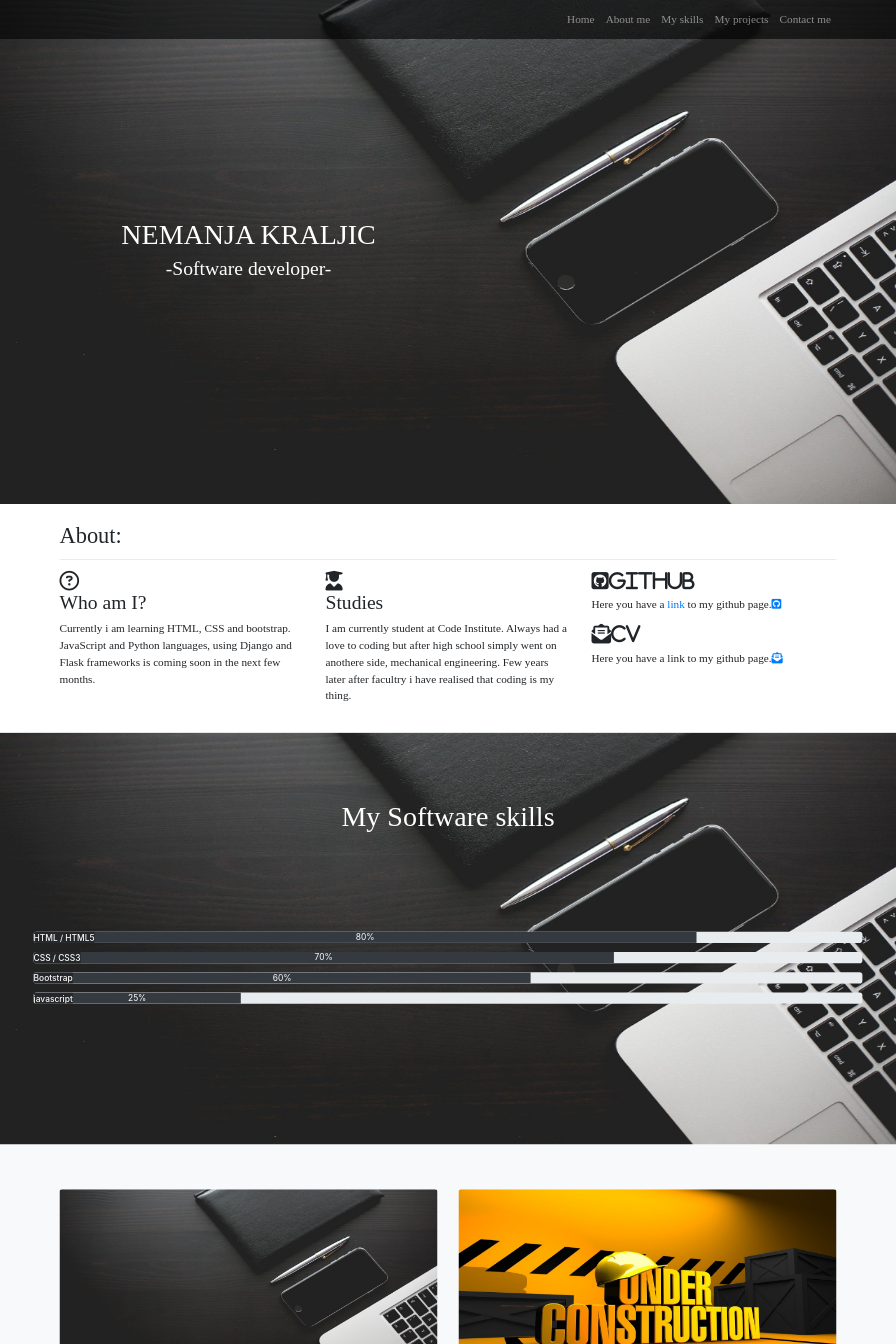
Repository: Kraljiccar/User-Centric-Frontend-Development-Milestone-Project
Page: index.html
The author's editor kept a record of every edit. The page is drawn from the files as they stood at one moment, then again after the next edit.
The browser window is 1280 px wide. The pictures show the part of the page from y = 0 to 1920 px (the page is 3403 px tall), at 70% of full size.
Backgrounds fixed to the window are drawn as part of the page. Some web fonts or font styles are not loaded; a fallback is used. Some web libraries are served in a nearby version.

Above is the page before.

After the next edit:
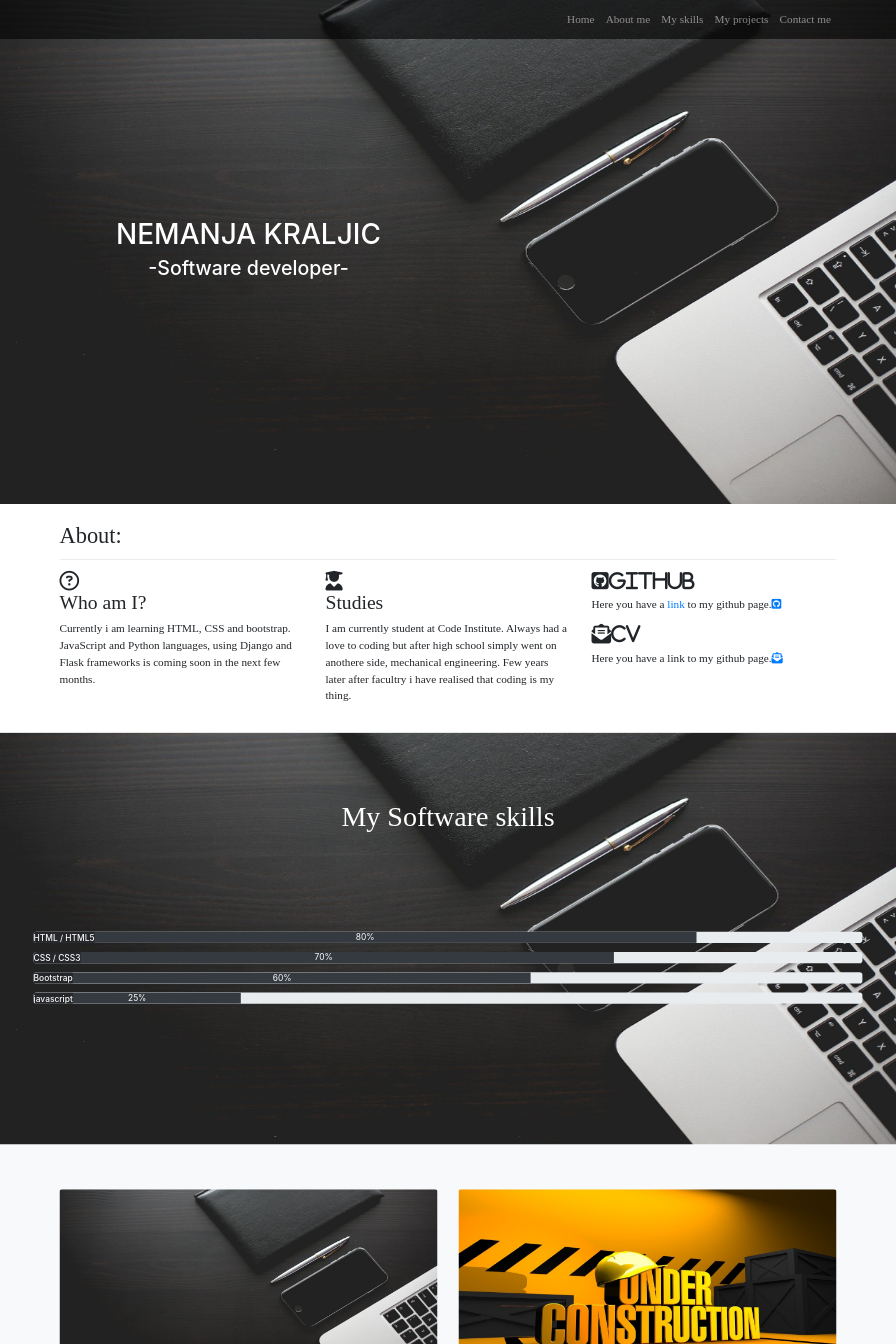
The edit:
--- a/index.html
+++ b/index.html
@@ -48,8 +48,8 @@
         <div class="container">
             <div class="row max-viewport align-items-center text-center">
                 <div class="col-md-6 ">
-                    <h1 class="text-white text-uppercase fonts">Nemanja Kraljic</h1>
-                    <h3 class="text-white fonts">-Software developer-</h2>
+                    <h1 class="text-white text-uppercase">Nemanja Kraljic</h1>
+                    <h3 class="text-white">-Software developer-</h2>
 
                 </div>
             </div>

After the edit that followed:
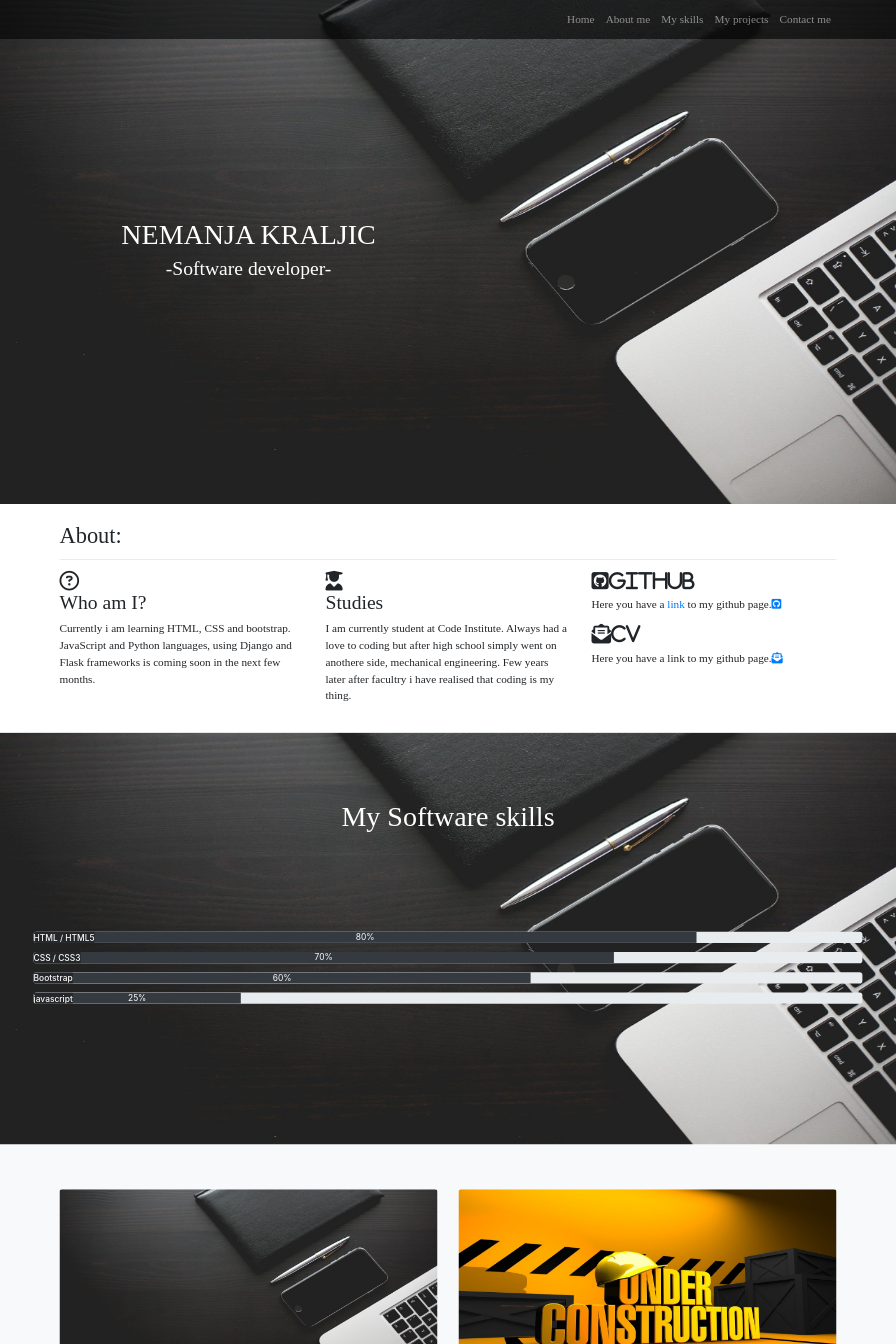
The edit:
--- a/index.html
+++ b/index.html
@@ -46,7 +46,7 @@
 </nav>
     <section id="banner">
         <div class="container">
-            <div class="row max-viewport align-items-center text-center">
+            <div class="row max-viewport align-items-center text-center fonts">
                 <div class="col-md-6 ">
                     <h1 class="text-white text-uppercase">Nemanja Kraljic</h1>
                     <h3 class="text-white">-Software developer-</h2>
